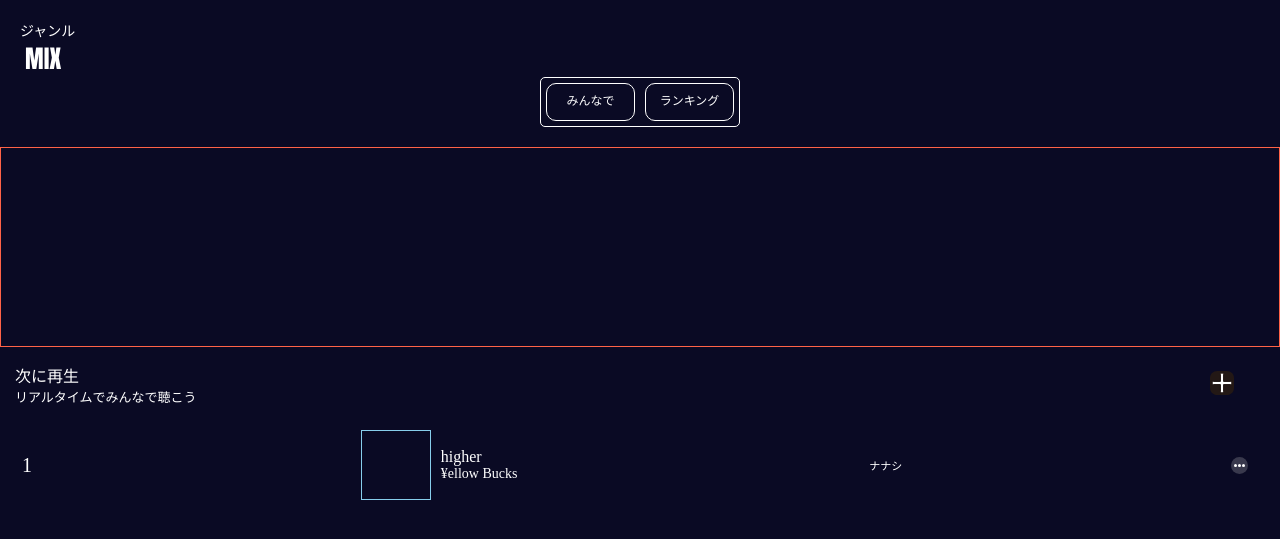
Repository: FujieRyou/2024_team
Page: /LoggedIn
The author's editor kept a copy of each file at every save. The page is drawn from the files as they stood at one save, then again after the next save.
The browser window is 1280 px wide. The pictures show the whole page.
The project was rebuilt for these pictures with package versions that can differ from the ones it lists, and the page was loaded fresh each time. The framework's server and built-in components were replaced by stand-ins that run in the browser. Also part of the build but not shown: next.config.js.

Above is the page before, as saved 2024-01-10 12:16:28.

### src/pages/_app.jsx
import "@/styles/ress.css"
import '@/styles/index.css'

export default function App({ Component, pageProps }) {
  return <Component {...pageProps} />
}

### src/pages/LoggedIn.jsx
import React from 'react'

function LoggedIn (){
    return(
    <div id="container_wrap">
        <header>
            <div id="genre_wrap">ジャンル</div>
            <div id="mix_wrap">MIX</div>
            <div id="btn">
                <div className="everyone">みんなで</div>
                <div className="ranking">ランキング</div>
            </div>
        </header>
        <div id="main_img">
            <div className="scrollContent">
                <div className="scrollWrap">
                </div>
            </div>

        </div>
        <div id="maincontent_wrap">
            <div id="addition_wrap">
                    <p className='addition'>次に再生<br/><span>リアルタイムでみんなで聴こう</span></p>
                    <a href="">
                        <img src="./img/plusBtn.svg" alt="" />
                    </a>
            </div>
            <div id="songContent_wrap">
                <p className="song_num">1</p>
                <div id="song_wrap">
                    <div className="song_img">
                    </div>
                    <div id="singer_wrap">
                        <p className="songtitle">higher</p>
                        <p className="singer">¥ellow Bucks</p>
                    </div>
                </div>
                <div className='contributor'>
                    <img src="" alt="" />
                    <p>ナナシ</p>
                </div>
                <img src="./img/detailBtn.svg" alt="" />
            </div>
        </div>
    </div>
    )
}

export default LoggedIn

### src/styles/ress.css
/*!
 * ress.css • v4.0.0
 * MIT License
 * github.com/filipelinhares/ress
 */

/* # =================================================================
   # Global selectors
   # ================================================================= */

   html {
    box-sizing: border-box;
    -webkit-text-size-adjust: 100%; /* Prevent adjustments of font size after orientation changes in iOS */
    word-break: normal;
    -moz-tab-size: 4;
    tab-size: 4;
  }

  *,
  ::before,
  ::after {
    background-repeat: no-repeat; /* Set `background-repeat: no-repeat` to all elements and pseudo elements */
    box-sizing: inherit;
  }

  ::before,
  ::after {
    text-decoration: inherit; /* Inherit text-decoration and vertical align to ::before and ::after pseudo elements */
    vertical-align: inherit;
  }

  * {
    padding: 0; /* Reset `padding` and `margin` of all elements */
    margin: 0;
  }

  /* # =================================================================
     # General elements
     # ================================================================= */

  hr {
    overflow: visible; /* Show the overflow in Edge and IE */
    height: 0; /* Add the correct box sizing in Firefox */
    color: inherit; /* Correct border color in Firefox. */
  }

  details,
  main {
    display: block; /* Render the `main` element consistently in IE. */
  }

  summary {
    display: list-item; /* Add the correct display in all browsers */
  }

  small {
    font-size: 80%; /* Set font-size to 80% in `small` elements */
  }

  [hidden] {
    display: none; /* Add the correct display in IE */
  }

  abbr[title] {
    border-bottom: none; /* Remove the bottom border in Chrome 57 */
    /* Add the correct text decoration in Chrome, Edge, IE, Opera, and Safari */
    text-decoration: underline;
    text-decoration: underline dotted;
  }

  a {
    background-color: transparent; /* Remove the gray background on active links in IE 10 */
  }

  a:active,
  a:hover {
    outline-width: 0; /* Remove the outline when hovering in all browsers */
  }

  code,
  kbd,
  pre,
  samp {
    font-family: monospace, monospace; /* Specify the font family of code elements */
  }

  pre {
    font-size: 1em; /* Correct the odd `em` font sizing in all browsers */
  }

  b,
  strong {
    font-weight: bolder; /* Add the correct font weight in Chrome, Edge, and Safari */
  }

  /* https://gist.github.com/unruthless/413930 */
  sub,
  sup {
    font-size: 75%;
    line-height: 0;
    position: relative;
    vertical-align: baseline;
  }

  sub {
    bottom: -0.25em;
  }

  sup {
    top: -0.5em;
  }

  table {
    border-color: inherit; /* Correct border color in all Chrome, Edge, and Safari. */
    text-indent: 0; /* Remove text indentation in Chrome, Edge, and Safari */
  }

  /* # =================================================================
     # Forms
     # ================================================================= */

  input {
    border-radius: 0;
  }

  /* Replace pointer cursor in disabled elements */
  [disabled] {
    cursor: default;
  }

  [type='number']::-webkit-inner-spin-button,
  [type='number']::-webkit-outer-spin-button {
    height: auto; /* Correct the cursor style of increment and decrement buttons in Chrome */
  }

  [type='search'] {
    -webkit-appearance: textfield; /* Correct the odd appearance in Chrome and Safari */
    outline-offset: -2px; /* Correct the outline style in Safari */
  }

  [type='search']::-webkit-search-decoration {
    -webkit-appearance: none; /* Remove the inner padding in Chrome and Safari on macOS */
  }

  textarea {
    overflow: auto; /* Internet Explorer 11+ */
    resize: vertical; /* Specify textarea resizability */
  }

  button,
  input,
  optgroup,
  select,
  textarea {
    font: inherit; /* Specify font inheritance of form elements */
  }

  optgroup {
    font-weight: bold; /* Restore the font weight unset by the previous rule */
  }

  button {
    overflow: visible; /* Address `overflow` set to `hidden` in IE 8/9/10/11 */
  }

  button,
  select {
    text-transform: none; /* Firefox 40+, Internet Explorer 11- */
  }

  /* Apply cursor pointer to button elements */
  button,
  [type='button'],
  [type='reset'],
  [type='submit'],
  [role='button'] {
    cursor: pointer;
    color: inherit;
  }

  /* Remove inner padding and border in Firefox 4+ */
  button::-moz-focus-inner,
  [type='button']::-moz-focus-inner,
  [type='reset']::-moz-focus-inner,
  [type='submit']::-moz-focus-inner {
    border-style: none;
    padding: 0;
  }

  /* Replace focus style removed in the border reset above */
  button:-moz-focusring,
  [type='button']::-moz-focus-inner,
  [type='reset']::-moz-focus-inner,
  [type='submit']::-moz-focus-inner {
    outline: 1px dotted ButtonText;
  }

  button,
  html [type='button'], /* Prevent a WebKit bug where (2) destroys native `audio` and `video`controls in Android 4 */
  [type='reset'],
  [type='submit'] {
    -webkit-appearance: button; /* Correct the inability to style clickable types in iOS */
  }

  /* Remove the default button styling in all browsers */
  button,
  input,
  select,
  textarea {
    background-color: transparent;
    border-style: none;
  }

  a:focus,
  button:focus,
  input:focus,
  select:focus,
  textarea:focus {
    outline-width: 0;
  }

  /* Style select like a standard input */
  select {
    -moz-appearance: none; /* Firefox 36+ */
    -webkit-appearance: none; /* Chrome 41+ */
  }

  select::-ms-expand {
    display: none; /* Internet Explorer 11+ */
  }

  select::-ms-value {
    color: currentColor; /* Internet Explorer 11+ */
  }

  legend {
    border: 0; /* Correct `color` not being inherited in IE 8/9/10/11 */
    color: inherit; /* Correct the color inheritance from `fieldset` elements in IE */
    display: table; /* Correct the text wrapping in Edge and IE */
    max-width: 100%; /* Correct the text wrapping in Edge and IE */
    white-space: normal; /* Correct the text wrapping in Edge and IE */
    max-width: 100%; /* Correct the text wrapping in Edge 18- and IE */
  }

  ::-webkit-file-upload-button {
    /* Correct the inability to style clickable types in iOS and Safari */
    -webkit-appearance: button;
    color: inherit;
    font: inherit; /* Change font properties to `inherit` in Chrome and Safari */
  }

  /* # =================================================================
     # Specify media element style
     # ================================================================= */

  img {
    border-style: none; /* Remove border when inside `a` element in IE 8/9/10 */
  }

  /* Add the correct vertical alignment in Chrome, Firefox, and Opera */
  progress {
    vertical-align: baseline;
  }

  /* # =================================================================
     # Accessibility
     # ================================================================= */

  /* Specify the progress cursor of updating elements */
  [aria-busy='true'] {
    cursor: progress;
  }

  /* Specify the pointer cursor of trigger elements */
  [aria-controls] {
    cursor: pointer;
  }

  /* Specify the unstyled cursor of disabled, not-editable, or otherwise inoperable elements */
  [aria-disabled='true'] {
    cursor: default;
  }

### src/styles/index.css
html,body{
    width: 100vw;
    height: 100vh;
    background-color: #0A0A24;
    color: #fff;
}

nav{
    width: 100%;
    height: 81px;
    display: flex;
    justify-content: space-around;
    position: fixed;
    bottom: 0px;
    background-color: #0A0A24;
    border-top: solid 1px #8E8E8E;
}

.iconWrap{
    display: flex;
    flex-direction: column;
    align-items: center;
    justify-content: center;
}

.iconWrap a{
    display: flex;
    flex-direction: column;
    align-items: center;
    justify-content: center;
    text-decoration: none;
}

.iconWrap p{
    font-size: 10px;
    margin-top: 4px;
    color: #fff;
}

.loginWrap{
    width: 100vw;
    height: 100vh;
    padding-top: 200px;
}

.indexWrap{
    width: 100%;
    height: 100%;
}

/* h2{
    font-size: 64px;
    text-align: center;
    font-family: sans-serif;
    padding-top: 30px;
} */

.appName{
    font-size: 64px;
    text-align: center;
    font-family: sans-serif;
    padding-top: 30px;
    margin-top: 30px;
    color: #fff;
}

.signBtnWrap{
    width: 100%;
    height: auto;
}

.signBtn{
    display: flex;
    align-items: center;
    justify-content: center;
    width: 200px;
    height: 54px;
    border-radius: 30px;
    background-color: rgb(65, 243, 65);
    font-size: 16px;
    /* box-shadow: 3px 1px 3px 1px rgb(235, 235, 235); */
    margin: 0 auto;
    margin-top: 280px;
    color: #000;
    text-decoration: none;
}

.logoBox{
    width: 64px;
    height: 64px;
    background-color: gray;
    color: #fff;
    margin: 0 auto;
    display: flex;
    justify-content: center;
    align-items: center;
}

h2{
    text-align: center;
}

.searchWrap{
    margin-top: 69px;
    margin-bottom: 11px;
    padding: 0px 13px;
}

.searchTxt{
    width: 100%;
    height: 40px;
    border: solid 1px #000;
    background-color: #28376C;
    color: #fff;
    padding: 7px 18px;
    border-radius: 13px;

}

.searchBtn{
    width: 64px;
    height: 32px;
    background-color: aquamarine;
}

.searchResults{
    display: flex;
    gap: 8px;
    width: 100%;
    height: 88px;
    padding: 8px;
    overflow: hidden;
}

.searchResultsImg{
    width: 80px;
    height: 80px;
}

.searchResultsTxt p{
    width: 288px;
    font-size: 14px;
}

.genreWrap{
    padding: 0px 21px;
}

.genreWrap p{
    padding-left: 74px;
    margin-bottom: 12px;
}

.genruBtnWrap{
    display: flex;
    flex-wrap: wrap;
    padding: 0px 8px;
    gap: 16px 12px;
    margin: 0 auto;
}

.genruBtnWrap > button{
    width: 172px;
    height: 86px;
    background-color: #F42C2C;
    border-radius: 10px;
}

#genre_wrap{
    padding-top: 20px;
    align-items: center;
    color: #fff;
    font-size: 14px;
    margin-left: 20px;
    font-family: 'Noto Sans JP', sans-serif;
}

/* MIX */
#mix_wrap{
    font-size: 25px;
    font-family:Impact, Haettenschweiler, 'Arial Narrow Bold', sans-serif;
    margin-left: 25px;
}

/*genre btn*/
#btn{
    display: flex;
    justify-content: center;
    align-items: center;
    width: 200px;
    height: 50px;
    border: solid 1px #fff;
    border-radius: 5px;
    margin: 0 auto;
    text-align: center;
    margin-bottom: 20px;
}

.everyone{
    width: 80%;
    height: 80%;
    line-height: 35px;
    margin:0 5px;
    border: solid 1px #fff;
    border-radius: 10px;
    font-size: 12px;
    font-family:  'Noto Sans JP', sans-serif;
}

.ranking{
    width: 80%;
    height: 80%;
    line-height: 35px;
    margin:0 5px;
    border: solid 1px #fff;
    border-radius: 10px;
    font-size: 12px;
    font-family:  'Noto Sans JP', sans-serif;;
}


/*main*/
#main_img{
    width: 100%;
    height: 200px;
    border: solid 1px tomato;
    margin: 0 auto;

}

/*見出し*/
#addition_wrap{
    width: 100%;
    margin-top: 16px;
    margin-bottom: 24px;
    padding: 0px 46px 0px 15px;
    display: flex;
    align-items: center;
    justify-content: space-between;
}
.addition{
    font-size: 16px;
    font-family:  'Noto Sans JP', sans-serif;
}
.addition > span{
    font-size: 13px;
}
.dli-plus {
    display: inline-block;
    vertical-align: middle;
    justify-content: center;
    color: #fff;
    line-height: 20px;
    width: 1.5rem;
    height:0.15rem;
    background: #efefef;
    border-radius: 1rem;
    position: relative;
    top:24px;
    left:10px;
}

.dli-plus::before {
    content: '';
    position: absolute;
    top: 0;
    left: 0;
    width: 100%;
    height: 100%;
    background: inherit;
    border-radius: inherit;
    transform: rotate(90deg);

}
#addition_wrap{
    display: flex;
}
#addition_wrap  .back{
    display: block;
    background: #231815;
    width: 35px;
    height:35px;
    border-radius: 25%;
    margin-right: 50px;
}
.addition-text{
    font-size: 30px;
    font-family:'Noto Sans JP', sans-serif;

}

/*music list*/
#songContent_wrap{
    display: flex;
    width: 100%;
    justify-content: space-between;
    align-items: center;
    margin-bottom: 15px;
    padding: 0px 32px 0px 22px;
}

.song_num{
    font-size: 20px;
}

#song_wrap{
    display: flex;
    justify-content: center;
    align-items: center;
    gap: 10px;
}


.song_img{
    border: solid 1px skyblue;
    width: 70px;
    height: 70px;
}

.songtitle{
    font-size: 16px;
}
.singer{
    font-size: 14px;
}

.contributor{
    display: flex;
}
.contributor > img{
    width: 17px;
    height: 17px;
    border-radius: 20px;
    margin-right: 6px;
}
.contributor > p{
    font-size: 11px;
}

.button_wrap{
    display: flex;
    flex-direction: column;
}
.button{
    width: 20px;
    height: 20px;
    border-radius: 50%;
    background-color: #d9d9d9;
    display: flex;
    justify-content: center;
}

.button p{
    display: flex;
    justify-content: center;
    align-items: center;
    text-align: center;
    gap: 3px;
}

.button p span{
    width: 3px;
    height: 3px;
    border-radius: 50%;
    background-color: #000;

}

Loaded but not shown: src/pages/_document.jsx (common file)

After the next save:
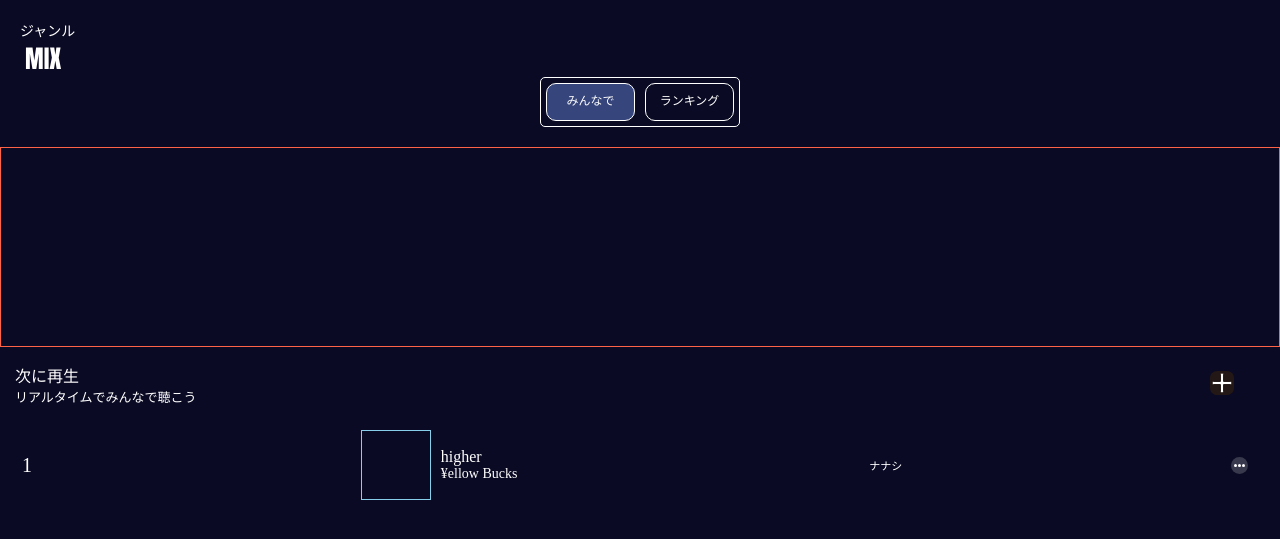
Saved 107 s later.
--- a/src/styles/index.css
+++ b/src/styles/index.css
@@ -203,6 +203,7 @@ h2{
     margin:0 5px;
     border: solid 1px #fff;
     border-radius: 10px;
+    background-color: #36457B;
     font-size: 12px;
     font-family:  'Noto Sans JP', sans-serif;
 }
